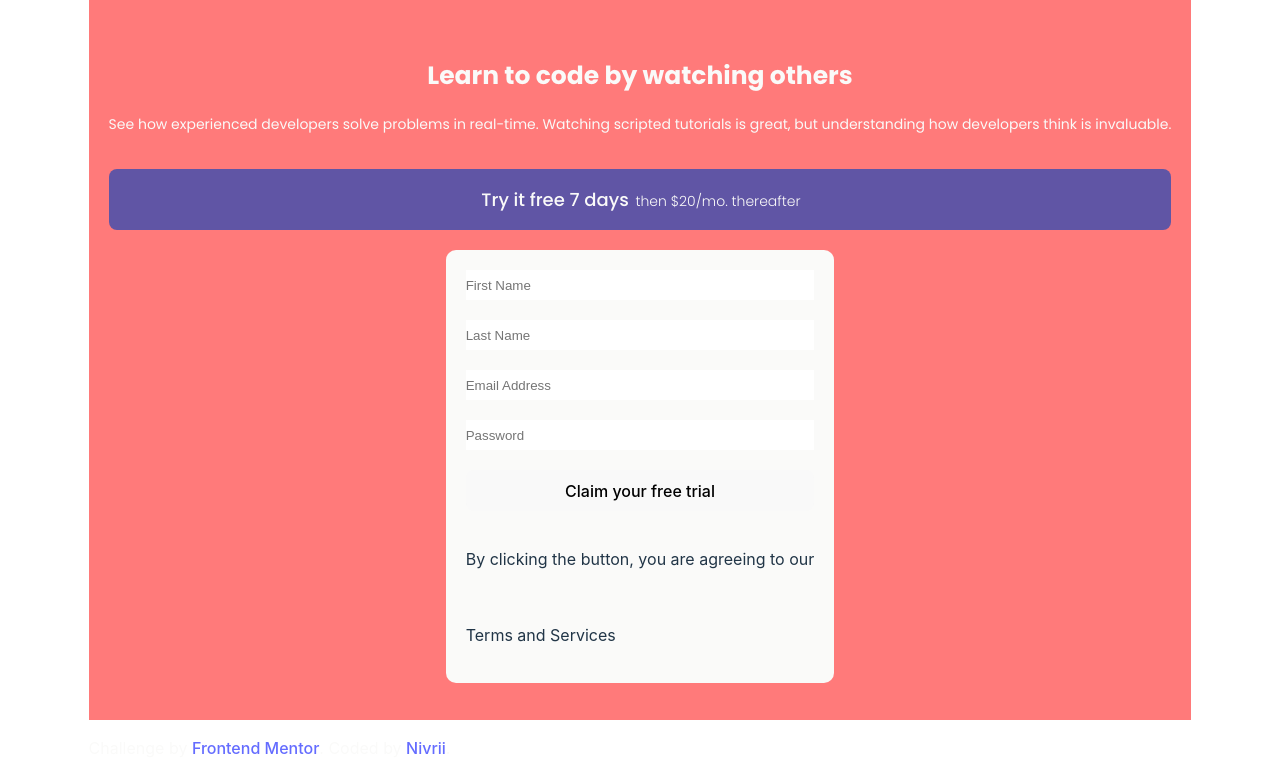
Repository: nivrii/intro-component-with-signup
Page: /
The author's editor kept a copy of each file at every save. The page is drawn from the files as they stood at one save, then again after the next save.
The browser window is 1280 px wide. The pictures show the whole page.
The project was rebuilt for these pictures with package versions that can differ from the ones it lists, and the page was loaded fresh each time. Also part of the build but not shown: vite.config.js.

Above is the page before, as saved 2023-10-12 11:27:22.

After the next save:
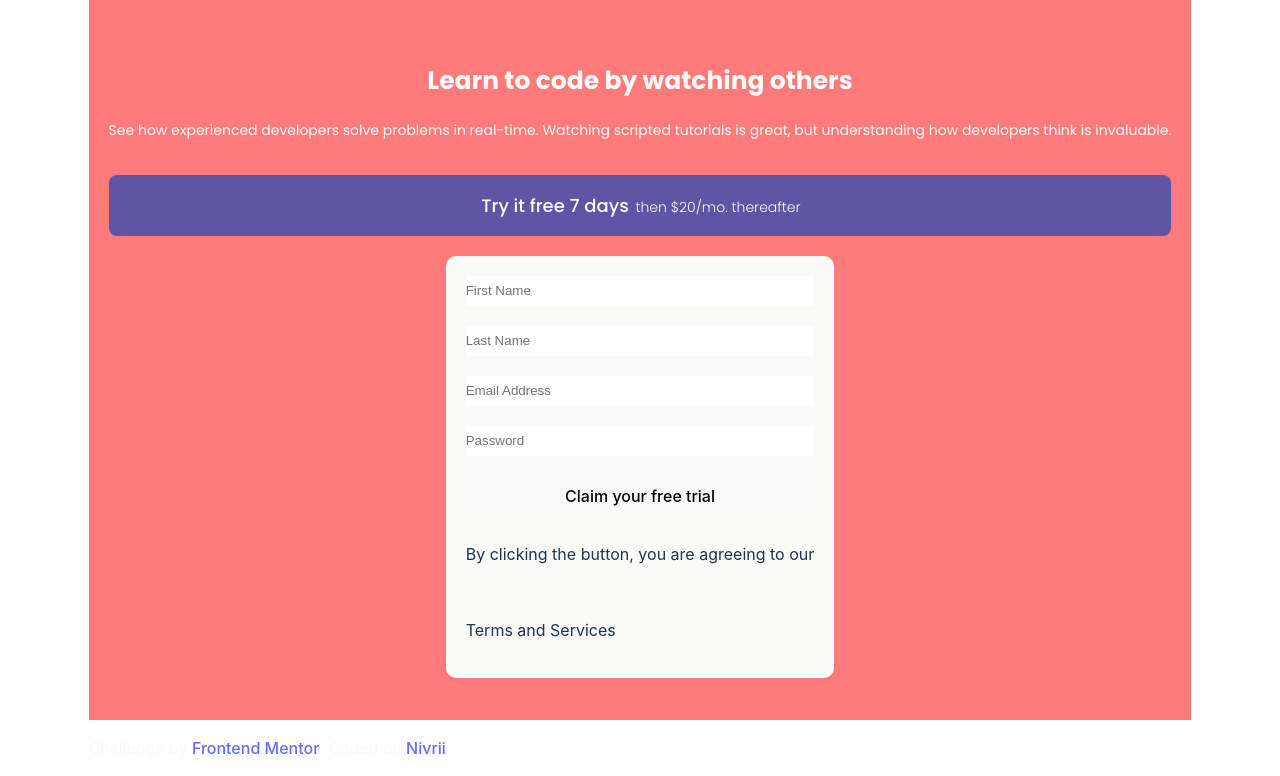
Saved 14 s later.
--- a/src/Form/Form.css
+++ b/src/Form/Form.css
@@ -7,7 +7,7 @@
     padding: 20px;
     gap: 20px;
     border-radius: 10px;
-& .input,btn{
+& .input,.btn{
     height: 30px;
     width: 100%;
 }
